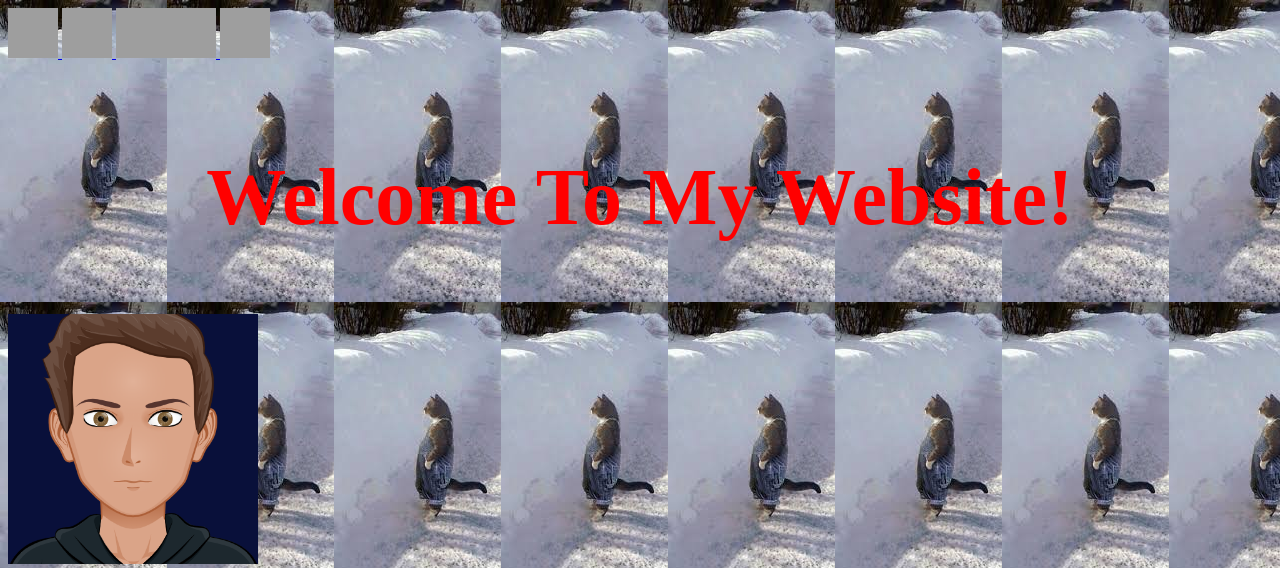
Repository: zflores1610/zflores1610.github.io
Page: My_Website/index2.html
The author's editor kept a record of every edit. The page is drawn from the files as they stood at one moment, then again after the next edit.
The browser window is 1280 px wide. The pictures show the part of the page from y = 0 to 568 px (the page is 1385 px tall before and 1403 px after).
Pictures or frames that could not be fetched are drawn as grey boxes.

Above is the page before.

### My_Website/index2.html
<!doctype html>
<html lang="en">
  <head>
    <meta charset="utf-8">
    <title>Home</title>
    <link href="first.css" rel="stylesheet" type="text/css">
  </head>
  <body style="background-image:url('images/overalls.jpg');">
      <a href="index2.html"/ target="_blank">
           <img alt="Home" src="https://images.vexels.com/media/users/3/147093/isolated/preview/2d9c25ee1fbffdae2909164e858648d1-instagram-home-button-by-vexels.png"
           width="50" height="50"/>
      <a href="hello.html" target="_blank">
           <img alt="Hello" src="https://toppng.com/uploads/preview/would-you-like-to-get-our-news-direct-to-your-email-click-here-button-transparent-background-11563245154azp2tdmpao.png"
           width="50" height="50"/>
      <a href="nobody.html" target="_blank">
           <img alt="Nobody" src="https://previews.123rf.com/images/avectors/avectors1811/avectors181100061/113501889-click-here-vector-web-button-isolated-website-buy-or-register-yellow-bar-icon-with-hand-finger-click.jpg"
           width="100" height="50"/>
      <a href="modelo.html" target="_blank">
           <img alt="hd" src="https://encrypted-tbn0.gstatic.com/images?q=tbn:ANd9GcSX1QGADMGWfqHcgFOQQRdSf6CVPljyOMfsQRvJScM7I6t2AIGr_A&s"
           width="50" height="50" />
           </a>
      <br>

    <br>
    <br>
    <h1>Welcome To My Website!</h1>
    <br>
    <img src="images/myAvatar.png" alt="Smiley face" height="250" width="250">
    <br>
    <iframe width="1200" height="800" src="https://www.youtube.com/embed/dQw4w9WgXcQ" frameborder="5" allow="accelerometer; autoplay; encrypted-media; gyroscope; picture-in-picture" allowfullscreen class ="center"></iframe>
  </body>
</html>

### My_Website/first.css
body{
       font-family: "Marker Felt", "Comic Sans MS", fantasy;
 	 color: #ff0000;
    }

    h1  {
 	   font-size: 5em;
 	   text-align: center;
 	   text-shadow: 2px 2px #ff400;
    }

   table {
 	   margin-left: auto;
 	   margin-right: auto;
 	   text-align: left;
 	   border-collapse: collapse;
   }

   tr   {
	  border: 1px solid #ffffff;
	  text-align: center;
	  background-color:#9FB6CD;
  }

  th   {
	 text-align: center;
	 color: #ffffff;
	 background-color: #003366;
  }
  iframe {
      text-align: center;
  }

After the next edit:
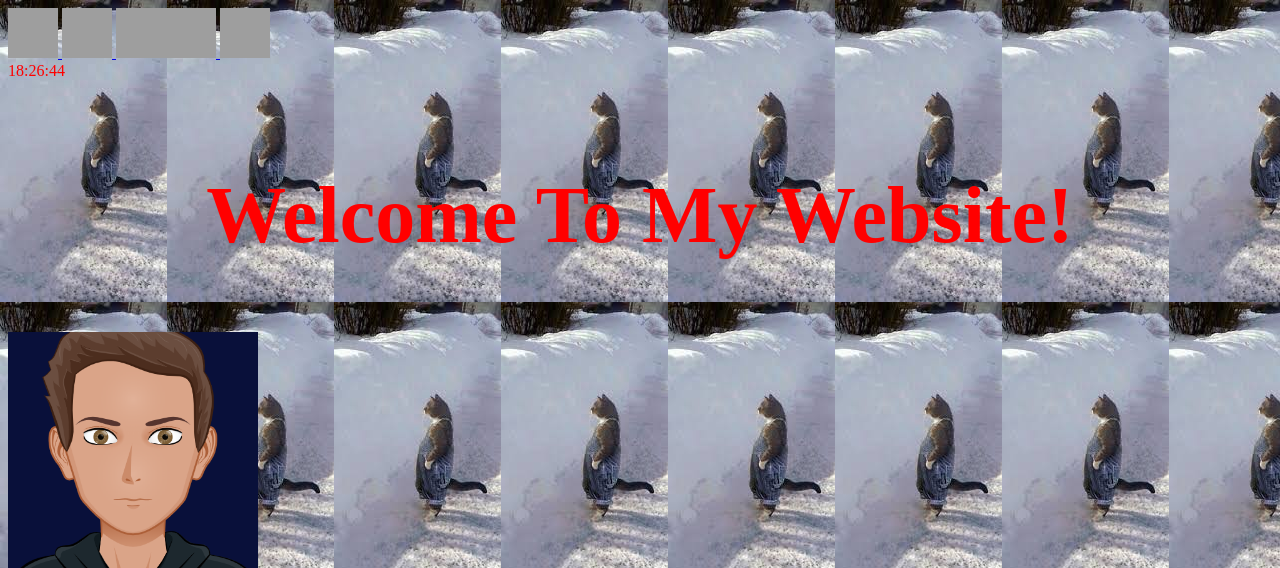
The edit:
--- a/My_Website/index2.html
+++ b/My_Website/index2.html
@@ -20,6 +20,28 @@
            width="50" height="50" />
            </a>
       <br>
+      <script>
+          function startTime() {
+            var today = new Date();
+            var h = today.getHours();
+            var m = today.getMinutes();
+            var s = today.getSeconds();
+            m = checkTime(m);
+            s = checkTime(s);
+            document.getElementById('txt').innerHTML =
+            h + ":" + m + ":" + s;
+            var t = setTimeout(startTime, 500);
+          }
+          function checkTime(i) {
+            if (i < 10) {i = "0" + i};  // add zero in front of numbers < 10
+            return i;
+          }
+          </script>
+          </head>
+
+<body onload="startTime()">
+
+<div id="txt"></div>
 
     <br>
     <br>
